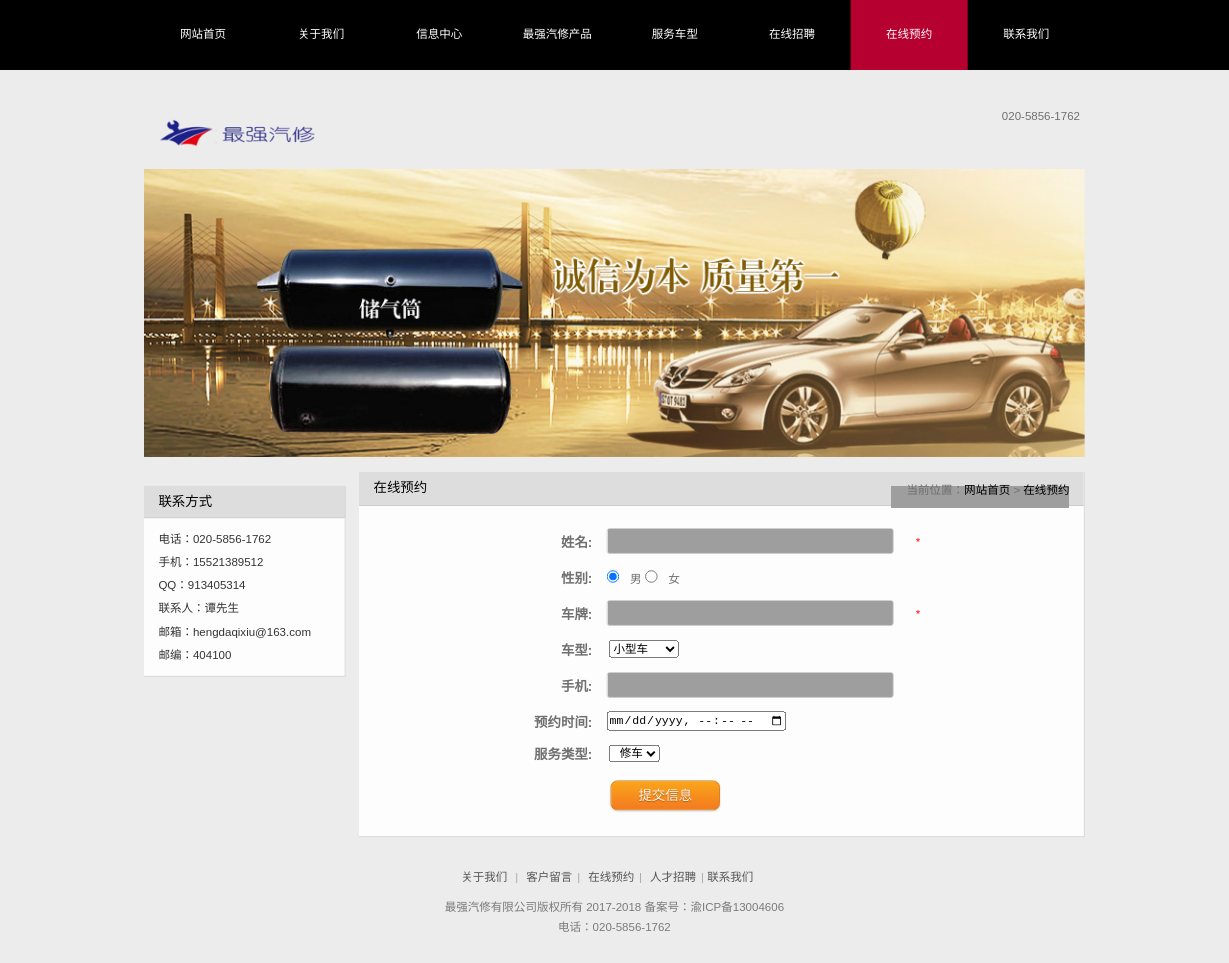
Repository: liaojingrui01/CarRepair
Page: http://localhost/CarWebPro/carOfficial/booking.jsp
The author's editor kept a copy of each file at every save. The page is drawn from the files as they stood at one save, then again after the next save.
The browser window is 1280 px wide. The pictures show the whole page, at 96% of full size.
Pictures or frames that could not be fetched are drawn as grey boxes. The page is served by Tomcat 9. Other server files are loaded and not shown.

Above is the page before, as saved 2019-07-03 02:54:14.

### CarWebPro/WebContent/carOfficial/booking.jsp
<%@ page language="java" contentType="text/html; charset=utf-8"
	pageEncoding="utf-8"%>
<!DOCTYPE HTML>
<html>

	<head>
		<meta name="renderer" content="webkit">
		<meta charset="utf-8" />
		<meta http-equiv="X-UA-Compatible" content="IE=edge,chrome=1">
		<title>最强汽修有限公司</title>

		<link rel="stylesheet" type="text/css" href="./css/meteinfo_ui.css" id="metuimodule" data-module="1" />
		<link rel="stylesheet" type="text/css" href="./css/metinfo.css" />
		<script src="./js/jQuery1.7.2.js" type="text/javascript"></script>
		<script src="./js/metinfo_ui.js" type="text/javascript"></script>
		<script src="./js/ch.js" type="text/javascript"></script>
		<!--[if IE]>
<script src="./public/js/html5.js" type="text/javascript"></script>
<![endif]-->
	</head>

	<body>
		<div class="m-nav">
			<nav class="inner">
				<ul class="list-none">
					<li id="nav_10001" style='width:123px;' ><a href='index.jsp' title='网站首页' class='nav'><span>网站首页</span></a></li>
					<li id='nav_1' style='width:123px;'><a href='javascript:;' 0 title='关于我们' class='hover-none nav'><span>关于我们</span></a></li>
					<li id='nav_2' style='width:123px;'><a href='javascript:;' title='信息中心' class='hover-none nav'><span>信息中心</span></a></li>
					<li id='nav_3' style='width:123px;'><a href='javascript:;' title='恒达汽修产品' class='hover-none nav'><span>最强汽修产品</span></a></li>
					<li id='nav_4' style='width:122px;'><a href='${pageContext.request.contextPath }/CarUrl?op=carservice' title='服务车型' class='hover-none nav'><span>服务车型</span></a></li>
					<li id='nav_34' style='width:122px;'><a href='javascript:;' title='在线招聘' class='hover-none nav'><span>在线招聘</span></a></li>
					<li id='nav_11' style='width:122px;' class='navdown' ><a href='booking.jsp' title='在线预约' class='hover-none nav'><span>在线预约</span></a></li>
					<li id='nav_18' style='width:122px;'><a href='javascript:;' title='联系我们' class='hover-none nav'><span>联系我们</span></a></li>
				</ul>
			</nav>
		</div>

		<header>
			<div class="inner top">

				<a href="./../" title="汽配公司" id="web_logo">
					<img src="./img/1363847903.png" style="width: 210px; height: 55px;" alt="汽配公司" title="汽配公司" style="margin:0px 0px 0px 10px;" />
				</a>

				<div class="top-seo">
					<div class="tpseotxt">
						<p>
							&nbsp;020-5856-1762</p>
					</div>
				</div>
			</div>
		</header>

		<div class="inner met_flash">
			<div class="flash">
				<img src='img/1363850250.jpg' width='980' alt='' height='300'></div>
		</div>

		<div class="sidebar inner">

			<div class="sb_nav">

				<h3 class='title line'>联系方式</h3>
				<div class="active editor b-r">
					<div> 电话：020-5856-1762</div>
					<div> 手机：15521389512</div>
					<div> QQ：913405314</div>
					<div> 联系人：谭先生</div>
					<div> 邮箱：hengdaqixiu@163.com</div>
					<div> 邮编：404100</div>
					<div class="clear"></div>
				</div>

			</div>

			<div class='sb_box b-r'>
				<h3 class="title">
			<div class="position">当前位置：<a href="./../" title="网站首页">网站首页</a> &gt; <a href=../feedback/ >在线预约</a></div>
			<span>在线预约</span>
		</h3>
				<div class="clear"></div>

				<div class="active" id="feedback">
					<script language='javascript'>
						function Checkfeedback() {
							if (document.myform.para16.value.length == 0) {
								alert('详细说明 不能为空');
								document.myform.para16.focus();
								return false;
							}
						}
					</script>
					<form id="frmAddBooking" action="${pageContext.request.contextPath }/QiantaiUrl?op=appAdd" method='POST' name='myform'   target='_self'>

						<span>${retMsg }</span>
						<table class='feedback_table'>
							<tr>
								<td class='text'>姓名:</td>
								<td class='input'><input maxlength="10" name="userName" type='text' size='30' class='input-text' /><span class='info' id="name">*</span></td>
							</tr>
							<tr>
								<td class='text'>性别:</td>
								<td class='input'>
									<input name='sex' type='radio' id='para18' value='男' checked='checked' />
									<label for='para18'>男</label>
									<input name='sex' type='radio' id='para28' value='女' />
									<label for='para28'>女</label>
									<span class='info' id="sex"></span><span></span></td>
							</tr>
							<tr>
								<td class='text'>车牌:</td>
								<td class='input'><input maxlength="10" name='carBrand' type='text' size='30' class='input-text' /><span class='info' id="licensePlateNumber">*</span></td>
							</tr>
							<tr>
								<td class='text'>车型:</td>
								<td>&nbsp;&nbsp;
									<select style="width: 160spx;" class="input" name="carId">
										<option value="1">小型车</option>
										<option value="2">微型车</option>
										<option value="3">紧凑车型</option>
										<option value="4">CDV车型</option>
										<option value="5">MPV车型</option>
										<option value="6">SUV车型</option>
										<option value="7">三厢车型</option>
										<option value="8">豪华车型</option>

									</select>
								</td>

							</tr>
							<tr>
								<td class='text'>手机:</td>
								<td class='input'><input name="tel" maxlength='11' type='text' size='30' class='input-text' /><span id="phone" class='info'></span><span></span></td>
							</tr>

							<tr>
								<td class='text'>预约时间:</td>
								<td class='input'>
									<input name="appointmentTime"  type="datetime-local"  /><span  class='info' id="appointmentTime"></span>
								</td>
							</tr>
							<tr>
								<td class='text'>服务类型:</td>
								<td>&nbsp;&nbsp;
									<select style="width: 160spx;" class="input" name="serviceId">
										<option value="1">&nbsp;&nbsp;修车</option>
										<option value="2">&nbsp;&nbsp;保养</option>
									</select>
								</td>

							</tr>
							<!-- <tr>
								<td class='text'>验证码</td>
								<td class='input'><input name='code' onKeyUp='pressCaptcha(this)' type='text' class='code'  size='6' maxlength='8' style='width:50px' />
								<img align='absbottom' src='img/code.jpg' onclick=this.src='../member/ajax.php?action=code&' +Math.random()
										style='cursor: pointer;' title='看不清？点击更换验证码' /><span id="code" class="info"></span></td>
							</tr> -->
							<tr>
								<td class='text'></td>
								<td class='submint'>
									<input id="btnSubmit" type="submit" name='Submit' value='提交信息' class='submit button orange'>
								</td>
							</tr>
						</table>
					</form>

				</div>
			</div>
			<div class="clear"></div>
		</div>

		</div>
		<div class="clear"></div>
		</div>

		<footer class="inner">
			<div class="foot-nav">
				<a 0 title='关于我们'>关于我们</a><span> |</span> <a title='客户留言'>客户留言</a><span>|
					<span> <a
						href='${pageContext.request.contextPath }/carOfficial/booking.jsp'
						title='在线预约'>在线预约</a><span>| </span> <a title='人才招聘'>人才招聘</a><span>|
							<a title='网站地图'>联系我们</a>
			</div>
			<div class="foot-text">
				<p>最强汽修有限公司版权所有 2017-2018 备案号：渝ICP备13004606</p>
				<p>电话：020-5856-1762</p>
			</div>
		</footer>
	<script type="text/javascript" src="./js/jquery-3.2.1.min.js" ></script>
		<script type="text/javascript">
			$(function(){
				$("#btnSubmit").click(function(){
					var name=$("input[name=clientName]").val();
					var phone=$("input[name=telephone]").val();
					var appointmentTime=$("input[name=appointmentTime]").val();
					var code=$("input[name=code]").val();
					var licensePlateNumber=$("input[name=licensePlateNumber]").val();
					//alert(licensePlateNumber)
					var myreg = /^(((13[0-9]{1})|(15[0-9]{1})|(18[0-9]{1}))+\d{8})$/;
					if(name==""){
						$("#name").text("请输入姓名");
						return false;
					}
					$("#name").text("");
					/* if(!myreg.test(phone))
					{
					   $("#phone").text("请输入有效的手机号码！");
					    return false;
					}  $("#phone").text(""); */

					var is= isVehicleNumber(licensePlateNumber);
					/* if(!is){
						$("#licensePlateNumber").text("请输入正确的车牌号码");
						return false;
					}
					$("#licensePlateNumber").text(""); */

					if(appointmentTime.length<3){
						//alert("错")
						$("#appointmentTime").text("请选择预约时间");
						return false;
					}
					$("#appointmentTime").text("");

					/* if(code==""){

						$("#code").text("请选择预约时间");
						return false;
					} */
					$("#code").text("");

					//可以提交
					//$("#frmAddBooking").submit();

				})

			});

			//正则表达式验证车牌号码是否正确
			  function isVehicleNumber(vehicleNumber) {
			      var result = false;
			      if (vehicleNumber.length == 7){
			        var express = /^[京津沪渝冀豫云辽黑湘皖鲁新苏浙赣鄂桂甘晋蒙陕吉闽贵粤青藏川宁琼使领A-Z]{1}[A-Z]{1}[A-Z0-9]{4}[A-Z0-9挂学警港澳]{1}$/;
			        result = express.test(vehicleNumber);
			      }
			      return result;
			  }

		</script>
	</body>
</html>

### CarWebPro/WebContent/carOfficial/css/metinfo.css
@charset "utf-8";
html,body{ font:12px Arial,"宋体", Helvetica, sans-serif; color:#6F6F6F; background:#ececec; -webkit-text-size-adjust:none;padding-top:53px;word-wrap:break-word;_background-image:url(about:blank);_background-attachment:fixed;}
a{ color:#919191; text-decoration:none;}
a:hover{ color:#C30; text-decoration:none;}
.fl{ float:left;}
.fr{ float:right;}
.b-r{border-right:1px solid #d7d7d7;border-bottom:1px solid #d7d7d7; background:#fdfdfd;}
/*头部*/
.inner{width:980px; margin:0px auto; position:relative;zoom:1;}
.m-nav{ position:fixed;left:0px;top:0px;z-index:9999; width:100%; height:73px;_position:absolute; _left:expression(eval(document.documentElement.scrollLeft)); _top:expression(eval(document.documentElement.scrollTop)); background:#000;}
nav{background:#000; height:73px; width:100%;}
nav .nav{margin-bottom:0px;}
nav li{ float:left;position:relative;z-index:2; height:73px;line-height:73px; zoom:1;text-align:center;overflow:hidden;}
nav li a{ display:inline-block; color:#fff;}
nav li.Num_1{ background:#404040;}
nav li.Num_2{ background:#323232;}
nav li.Num_3{ background:#292929;}
nav ul li.hover, nav ul li.navdown{background:#b6002f;}
nav ul li.hover a, nav ul li.navdown a{ color:#fff !important;}
.ot-lang{position:fixed; top:86px; left:0px; padding:0px 2px 1px 0px; background:url(../yyBg.png) right bottom no-repeat;z-index:9999;_position:absolute; _top:expression(eval(document.documentElement.scrollTop+86));}
.ot-lang ul{background:url(../laugBg.gif) repeat-x #FFF; height:33px;border:1px solid #FFF; position:relative; top:-1px;min-width:50px;_width:50px; white-space:nowrap;}
.ot-lang ul li{line-height:33px; padding-left:16px;padding-right:10px;}
header .top{min-height:60px;_height:60px;zoom:1;}
#web_logo{width:40%; font-size:0px;position:relative; z-index:1; cursor:pointer; overflow:hidden;}
header .top-seo{ position:absolute;top:8px;right:5px;z-index:1; text-align:right; width:60%; overflow:hidden;}
header .tbsearch{ float:right; margin-top:10px; background:#fff; height:20px; overflow:hidden;zoom:1;}
header .tbsearch span.navsearch_input input{ border:none; background:none; position:relative;top:-4px; width:128px; overflow:hidden; outline:none;color:#ccc;}
header .tbsearch input.searchimage{margin-top:2px;}
.met_flash{ margin-top:10px; font-size:0px; overflow:hidden;}
.met_flash ul{ padding:0px; margin:0px;}
/*首页*/
.main{ margin-top:14px;}
.main h3.ti{height:46px; line-height:46px; position:relative; border-bottom:1px dotted #CACACA; margin:0px 15px; margin-top:3px;}
.main h3.ti span{display:inline-block; border-bottom:1px solid #CACACA; height:46px; position:absolute; bottom:-1px; left:0px; color:#323232; font-size:15px; padding:0px 2px;}
.main h3.ti a.more{position:absolute; top:0; right:0; font-size:11px; font-weight:normal; color:#AFAFAF;cursor:pointer;}
.about-x{ width:355px; overflow:hidden;}
.about-x h3{ padding:15px 15px 0px 15px; line-height:22px; font-size:15px; color:#323232;}
.about-x h3 span{ color:#6C6C6C; font-size:12px; display:block; font-weight:normal;}
.about-x .editor{ color:#929292;padding:10px 15px 15px 15px;}
.newlist-x{ width:341px; overflow:hidden; margin-left:10px;}
.newlist-x .metlist{padding:12px 15px 15px 18px;}
.newlist-x li{height:24px; line-height:24px; overflow:hidden; color:#919191;zoom:1;}
.newlist-x li a{color:#919191;}
.newlist-x li a:hover{ color:#666;}
.newlist-x li span{ float:right; padding-left:5px;}
*html .newlist-x li img{ margin-top:5px;}
.case-x{ width:262px; overflow:hidden;}
.case-x .metlist{padding:0px 15px 15px 15px; text-align:center;}
.case-x li{ font-size:0px; margin-top:10px;}
.productlist-x{ padding-top:14px;}
*+html .productlist-x{ padding-bottom:14px;}
*html .productlist-x{ padding-bottom:14px;}
.productlist-x h3.pti{ height:40px; line-height:40px; overflow:hidden;zoom:1; padding:0px 15px; font-size:15px; color:#323232;}
.productlist-x h3.pti i{ font-style:normal; padding-left:10px; font-size:12px; color:#6C6C6C; font-weight:normal;}
.productlist-x h3.pti .more{ float:right; font-size:11px; font-weight:normal; color:#AFAFAF; cursor:pointer;}
.productlist-x .metlist{padding-top:14px;zoom:1;}
.productlist-x li.list{ float:left;display:inline;zoom:1;overflow:hidden;margin-bottom:14px; position:relative;}
.productlist-x li.list div{background:#fff url(../pro-listbg.jpg) repeat-x; border-top:1px solid #fff; border-left:1px solid #fff;border-right:1px solid #d7d7d7;border-bottom:1px solid #d7d7d7;padding:10px;}
.productlist-x li h3{ font-weight:normal; font-size:14px; padding:14px 0px 5px 0px; text-align:center;}
.productlist-x li .img{ font-size:0px;}
.productlist-x li h3 a{ color:#595959;}.productlist-x li h3 a:hover{ color:#C30;}
.productlist-x li p.descr{ color:#888; line-height:1.8;padding:4px 0px 23px 0px;}
.productlist-x li .more{ background:url(../addIco.gif) no-repeat left 2px; padding-left:15px; position:absolute; bottom:11px;}
.friendlk{padding:0px 20px 10px 20px;}
.friendlk h3{ height:30px; line-height:30px; font-size:15px;color:#323232; padding-top:6px;zoom:1;}
.friendlk h3 .more{float:right; font-size:11px; font-weight:normal; color:#AFAFAF; cursor:pointer; margin-top:-4px;}
.friendlk ul{ list-style:none; padding:0px; margin:0px;}
.friendlk ul li{ float:left; margin-right:10px; line-height:22px; word-wrap:normal;}
.lkimg a{ font-size:0px;}
.lkimg img{ width:100px; height:30px; margin-top:7px;}
/*底部*/
footer{ padding:20px 0px; text-align:center;}
.foot-nav{margin-top:10px;height:25px;line-height:25px;}
.foot-nav a{color:#555;}.foot-nav a:hover{ color:#C30;}
.foot-nav span{ color:#aaa; padding:0px 5px;}
.foot-text{padding:8px 0px 5px; color:#7A7A7A; line-height:1.8;}
.foot-text a{ text-decoration:underline;}
/*内页侧栏*/
.sidebar{ margin-top:15px;}
.sidebar .sb_nav{ float:left; width:210px;}
.sidebar .sb_nav h3.title{ text-align:left;padding:0px 15px; height:33px; background:#ddd; line-height:33px; border-bottom:1px solid #ccc; font-size:14px; font-weight:normal; color:#000; border-right:1px solid #d7d7d7;}
.sidebar .sb_nav h3.line{ margin-top:15px; }
.sidebar .sb_nav .active{ padding:10px 15px;}
#sidebar dl dt{ padding:4px 0px 5px 0px; margin-top:5px;}
#sidebar dl dt a{ display:block; border:1px solid #eee;background:#F6F6F6;color:#666;-moz-border-radius:3px;-webkit-border-radius:3px;border-radius:3px; padding:6px 10px; text-align:center; cursor:pointer;}
#sidebar dl dd{ padding:0px 15px;}
#sidebar dl dd h4{ font-weight:normal; padding:5px 0px 5px 0px;}
#sidebar dl dd h4 a{display:block;padding:6px 10px;background:#999;color:#fff;text-align:center;-moz-border-radius:10px;-webkit-border-radius:10px;border-radius:10px;}
#sidebar dl dd h4 a.nav{ margin-bottom:0px;}
#sidebar dl dt.on a,#sidebar dl dt a:hover{color:#333; border:1px solid #ddd;background:#F3F3F3;filter:progid:DXImageTransform.Microsoft.gradient(startColorstr='#F3F3F3', endColorstr='#E9E9E9'); /* for IE */background:-webkit-gradient(linear, left top, left bottom, from(#F3F3F3), to(#E9E9E9)); /* for webkit browsers */background:-moz-linear-gradient(top, #F3F3F3, #E9E9E9); /* for firefox 3.6+ */}
#sidebar dl h4.on a,#sidebar dl h4 a:hover{background:#b6002f; color:#fff;}
.sidebar .sb_box{ float:right; width:755px; overflow:hidden; }
.sidebar .sb_box h3.title{ border-bottom:1px solid #ccc; background:#ddd; height:35px; line-height:35px; position:relative;}
.sidebar .sb_box h3.title span{ position:absolute; left:0px; top:-1px; font-size:14px; padding:0px 15px; font-weight:normal; color:#000;}
.sidebar .sb_box h3.title div.position{ float:right; font-weight:normal; position:relative; top:3px; right:15px; background:url(../home.png) no-repeat left 12px; padding-left:16px;}
.sidebar .sb_box h3.title div.position a{ color:#000;}
.sidebar .sb_box h3.title div.position a:hover{ color:#C00;}
/*文章模块*/
#newslist li{ background:url(../dd.png) no-repeat left 11px;}
#newslist li a{ color:#444; font-size:100%;}
#newslist li a:hover{ color:#C00;}
#newslist li p{color:#666;padding-top:8px;padding-bottom:7px;}
/*产品模块*/
#productlist{ padding:15px 0px 0px 0px;}
#productlist li{ margin-bottom:15px;}
#productlist li a.img{ border-right:1px solid #d7d7d7; background:#fff;}
#productlist li a.img img{ padding:10px 10px 5px 10px; border:none;}
#productlist li h3{ background:#fff;border-right:1px solid #d7d7d7; border-bottom:1px solid #d7d7d7;}
/*图片模块*/
#imglist{ padding:15px 0px 0px 0px;}
#imglist li{ margin-bottom:15px;}
#imglist li a.img{ border-right:1px solid #d7d7d7; background:#fff;}
#imglist li a.img img{padding:10px 10px 5px 10px; border:none;}
#imglist li h3{ background:#fff;border-right:1px solid #d7d7d7; border-bottom:1px solid #d7d7d7;}
/*下载模块*/
#downloadlist .metlist dt{ background:url(../dwico1.png) no-repeat 2px 5px;}
#downloadlist dl.top dt a{ color:#444;}
#downloadlist dl.top dt a:hover{ color:#000;}
#downloadlist .metlist dd a{ text-decoration:none; color:#999; background:url(../ck.png) no-repeat left 2px; padding-left:12px; text-shadow:1px 1px #fff;}
#downloadlist .metlist dd a.down{ text-decoration:none; color:#999; background:url(../dw.png) no-repeat left 3px; padding-left:12px;}
#downloadlist .metlist dd a:hover{ color:#000;}
/*友情链接*/
*+html #linklist .ctitle{ background-position:left 5px;}
/*会员中心*/
.sidebar .sb_nav h3.line{ border-top:none;}

Loaded but not shown: CarWebPro/WebContent/carOfficial/js/jQuery1.7.2.js (library); CarWebPro/WebContent/carOfficial/js/jquery-3.2.1.min.js (library); CarWebPro/WebContent/carOfficial/js/metinfo_ui.js (143 lines, source omitted); CarWebPro/WebContent/carOfficial/js/ch.js (100 lines, source omitted); CarWebPro/WebContent/carOfficial/css/meteinfo_ui.css (212 lines, source omitted)

After the next save:
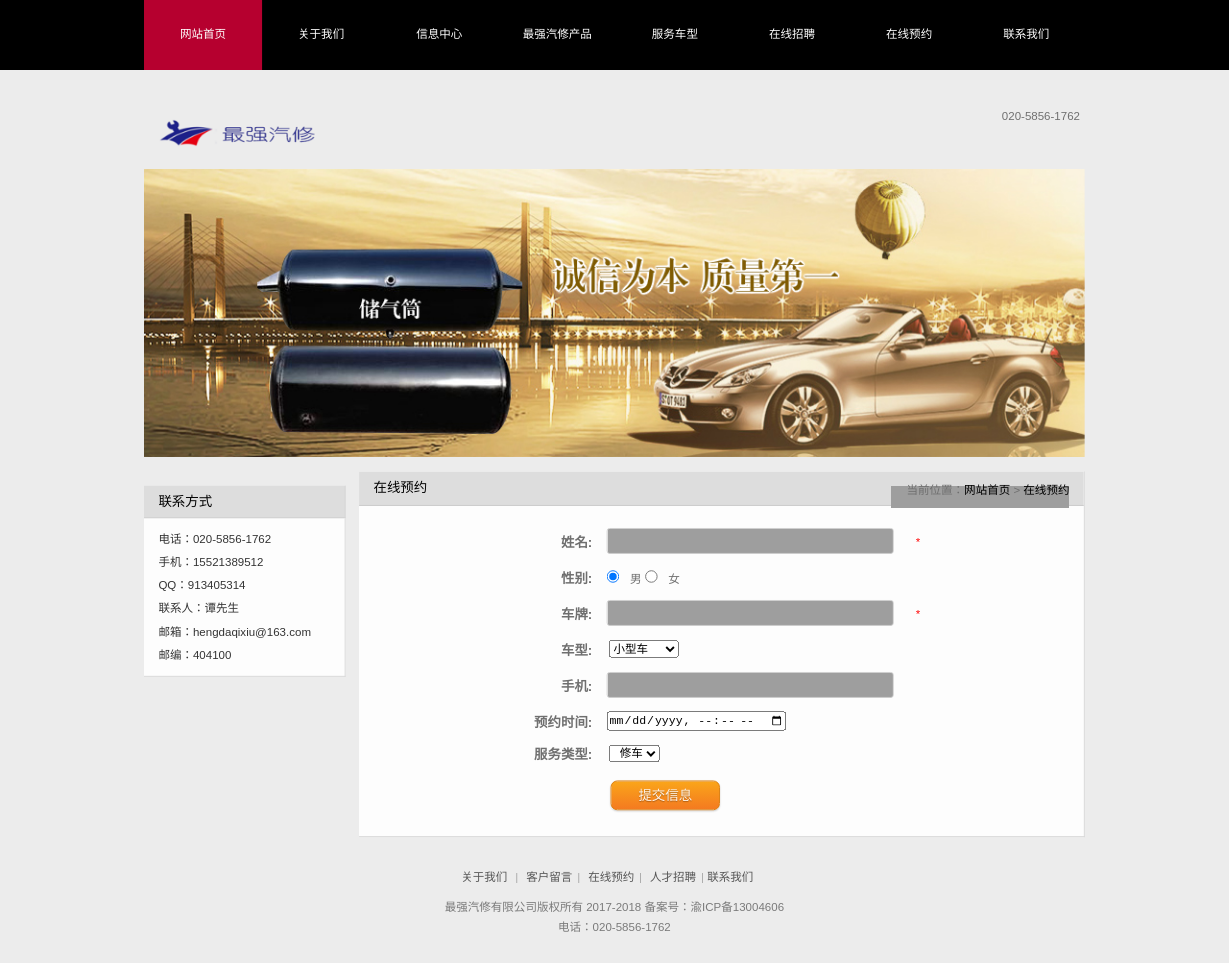
Saved 12 s later.
--- a/CarWebPro/WebContent/carOfficial/booking.jsp
+++ b/CarWebPro/WebContent/carOfficial/booking.jsp
@@ -21,19 +21,27 @@
 
 	<body>
 		<div class="m-nav">
-			<nav class="inner">
-				<ul class="list-none">
-					<li id="nav_10001" style='width:123px;' ><a href='index.jsp' title='网站首页' class='nav'><span>网站首页</span></a></li>
-					<li id='nav_1' style='width:123px;'><a href='javascript:;' 0 title='关于我们' class='hover-none nav'><span>关于我们</span></a></li>
-					<li id='nav_2' style='width:123px;'><a href='javascript:;' title='信息中心' class='hover-none nav'><span>信息中心</span></a></li>
-					<li id='nav_3' style='width:123px;'><a href='javascript:;' title='恒达汽修产品' class='hover-none nav'><span>最强汽修产品</span></a></li>
-					<li id='nav_4' style='width:122px;'><a href='${pageContext.request.contextPath }/CarUrl?op=carservice' title='服务车型' class='hover-none nav'><span>服务车型</span></a></li>
-					<li id='nav_34' style='width:122px;'><a href='javascript:;' title='在线招聘' class='hover-none nav'><span>在线招聘</span></a></li>
-					<li id='nav_11' style='width:122px;' class='navdown' ><a href='booking.jsp' title='在线预约' class='hover-none nav'><span>在线预约</span></a></li>
-					<li id='nav_18' style='width:122px;'><a href='javascript:;' title='联系我们' class='hover-none nav'><span>联系我们</span></a></li>
-				</ul>
-			</nav>
-		</div>
+		<nav class="inner">
+			<ul class="list-none">
+				<li id="nav_10001" style='width: 123px;' class='navdown'><a
+					href="${pageContext.request.contextPath }/indexUrl?op=queryBunner" title='网站首页' class='nav'><span>网站首页</span></a></li>
+				<li id='nav_1' style='width: 123px;'><a
+					0 title='关于我们' class='hover-none nav'><span>关于我们</span></a></li>
+				<li id='nav_2' style='width: 123px;'><a
+					title='信息中心' class='hover-none nav'><span>信息中心</span></a></li>
+				<li id='nav_3' style='width: 123px;'><a
+					title='恒达汽修产品' class='hover-none nav'><span>最强汽修产品</span></a></li>
+				<li id='nav_4' style='width: 122px;'><a href='${pageContext.request.contextPath }/carOfficial/cases.jsp'
+					title='服务车型' class='hover-none nav'><span>服务车型</span></a></li>
+				<li id='nav_34' style='width: 122px;'><a
+					title='在线招聘' class='hover-none nav'><span>在线招聘</span></a></li>
+				<li id='nav_11' style='width: 122px;'><a href='${pageContext.request.contextPath }/carOfficial/booking.jsp'
+					title='在线预约' class='hover-none nav'><span>在线预约</span></a></li>
+				<li id='nav_18' style='width: 122px;'><a
+					title='联系我们' class='hover-none nav'><span>联系我们</span></a></li>
+			</ul>
+		</nav>
+	</div>
 
 		<header>
 			<div class="inner top">
